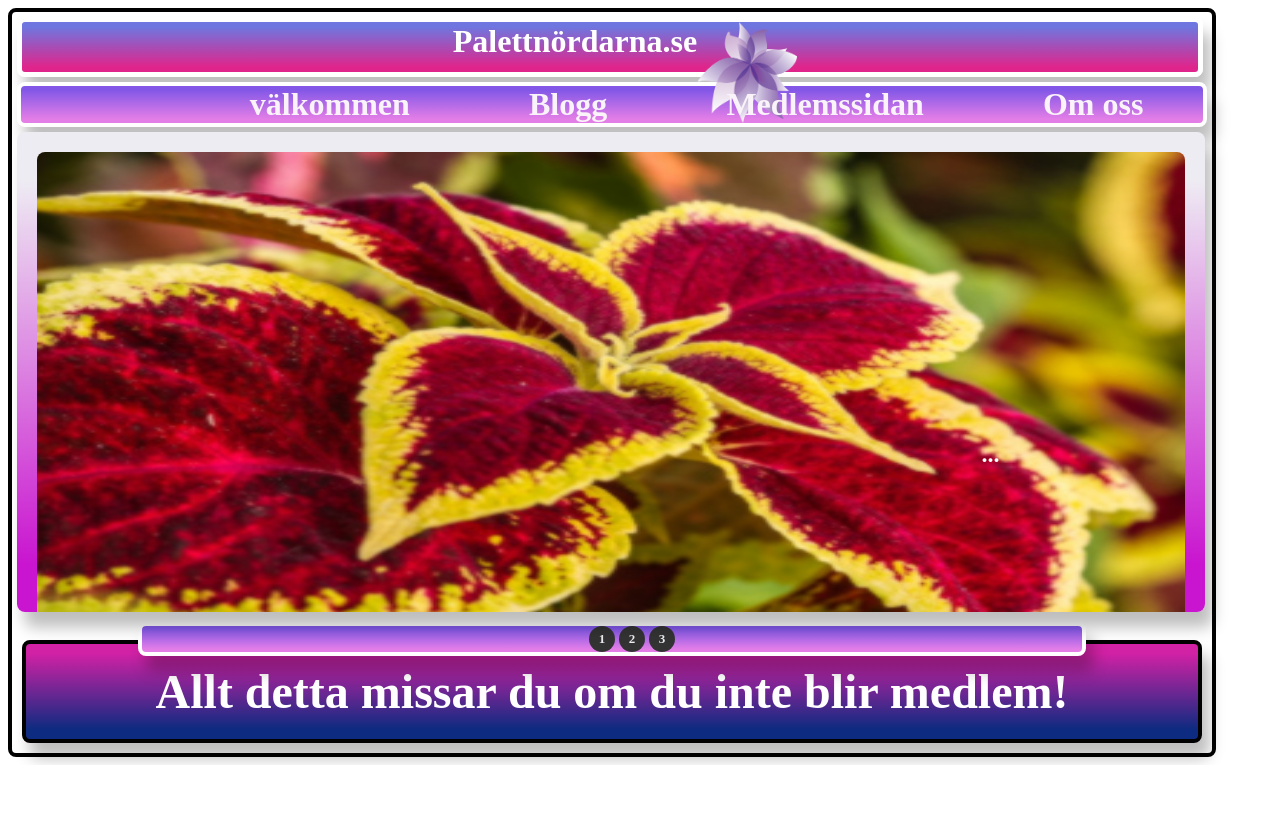
Repository: Webutveckling-20-21/lektion-3-CSS
Page: valkommen.html
An editor plug-in stored every save of this project. The page is shown before and after the next save, followed by the edit.
The browser window is 1280 px wide. The pictures show the whole page.
Some web fonts or font styles are not loaded; a fallback is used.

Above is the page before, as saved 2021-10-14 16:08:45.

### valkommen.html
<!DOCTYPE html>
<html lang="en">
<head>
    <meta charset="UTF-8">
    <meta http-equiv="X-UA-Compatible" content="IE=edge">
    <meta name="viewport" content="width=device-width, initial-scale=1.0">
    <link rel="stylesheet" href="style5.css">
    <title>Välkommen palettnördarna</title>
</head>
<body>
   <div class="header">

      <h1>Palettnördarna.se</h1>
      <div class="logo">
          <img src="images/logga1.svg" alt="logga" class="logo-img">
      </div>

  </div>

  <ul class="navbar">

      <li class="nav-list">
        <li>
        <a href="valkommen.html"> välkommen</a></li>
        <li>
          <a href="blogg.html">Blogg</a>
      </li>
      <li><a href="medlemssidan.html">Medlemssidan</a></li>
      <li><a href="om oss.html">Om oss</a></li>

  </ul>
  <div class="slider-wrapper">
   <div class="slider">
     <input type="radio" name="slider" class="trigger" id="one" checked="checked" />
     <div class="slide">
       <figure class="slide-figure">
         <img class="slide-img" src="images/col2bild1.jpg" />
         <figcaption class="slide-caption"><p>...</p></figcaption>
       </figure><!-- .slide-figure -->
     </div><!-- .slide -->
     <input type="radio" name="slider" class="trigger" id="two" />
     <div class="slide">
       <figure class="slide-figure">
         <img class="slide-img" src="images/col11bild2.jpg" />
         <figcaption class="slide-caption"><p>...</p></figcaption>
       </figure><!-- .slide-figure -->
     </div><!-- .slide -->
     <input type="radio" name="slider" class="trigger" id="three" />
     <div class="slide">
       <figure class="slide-figure">
         <img class="slide-img" src="images/col6bild3.jpg" />
         <figcaption class="slide-caption"><p>...</p></figcaption>
       </figure><!-- .slide-figure -->
     </div><!-- .slide -->
   </div><!-- .slider -->
   <div class="slider-counter">
   <ul class="slider-nav">
     <li class="slider-nav__item"><label class="slider-nav__label" for="one">1</label></li>
     <li class="slider-nav__item"><label class="slider-nav__label" for="two">2</label></li>
     <li class="slider-nav__item"><label class="slider-nav__label" for="three">3</label></li>
   </ul>

  </div>



 </div>
 <br>
     <footer class="footer-place"> Allt detta missar du om du inte blir medlem!</footer>

</body>
</html>

### style5.css
@import url('https://fonts.googleapis.com/css2?family=Grechen+Fuemen&display=swap');
@import url('https://fonts.googleapis.com/css2?family=Roboto&display=swap');
@import url('https://fonts.googleapis.com/css2?family=Merriweather:wght@700&display=swap');

body {
    font-family: 'Grechen Fuemen', cursive;
    font-weight: bolder;
    border: 4px solid black;
    border-radius: 8px;
    max-width: 1200px;
}

.header {
    display: flex;
    width: 98%;
    height: 50px;
    border: 5px solid white;
    background: linear-gradient(to bottom, #6f76df 10%, #df258b 90%);
    box-shadow: 7.6px 15.2px 15.2px hsl(0deg 0% 0% / 0.26);
    border-radius: 8px;
    justify-content: center;
    margin: 5px;
}

.header h1 {
    margin-top: 1px;
    flex-wrap: wrap;
    font-size:2rem;
    color:white;
    margin-left: 50px;
    z-index: 2;

}

.logo-img {
    border: 0px;
    max-width: 100px;
        margin-right: 20px;

}

.navbar {
   width: auto;
   height: auto;
   display: flex;
   align-items: center;
   justify-content: space-around;
   background-color: #eed9f8;
   margin: 5px;
   border-radius: 8px;
   flex-wrap: wrap;
}

ul {
   list-style-type: none;
   flex-wrap: wrap;
   margin-left: 5;
   margin-right: 5;
   padding: 10;
   width: 90%;
   height: auto;
   overflow: hidden;
   border: 4px solid white;
   background: linear-gradient(to bottom, #8257e7 10%, #e47ee7 90%);
   box-shadow: 7.6px 15.2px 15.2px hsl(0deg 0% 0% / 0.26);
}

.nav-list {
   margin: 5px;
   flex-wrap: wrap;
}

a {
   text-decoration: none;
   font-size: 2rem;
   color: rgb(250, 244, 250);
}

a:hover {
   color: rgb(100, 59, 212);
}



/*img>.slide-img{

   height: 100%;
   width: auto;
   height: auto;
   box-shadow: 7.6px 15.2px 15.2px hsl(0deg 0% 0% / 0.26);
   padding:10px;
}*/
img .slide-image{
   max-width: 95%;
   max-height: auto;
   vertical-align: middle;
   border: radius 20px;
   margin-bottom: 5px;

 }

 .trigger {
   display: none;
 }

 .slider, .slider-wrapper {
   position: relative;
   height: 250px;
 }

 .slide {
  background: linear-gradient(to bottom, #eeecf3 10%, #c915cf 90%);
  box-shadow: 7.6px 15.2px 15.2px hsl(0deg 0% 0% / 0.26);
   width: 99%;
   overflow: hidden;
   position: absolute;
   height: 100%;
   left: 0;
   top: 0;
   z-index: 5000;
   opacity: 0;
   transition: opacity .5s ease-in-out;
   border-radius: 8px;
   margin-left:5px;

 }

 .slide-img {
   filter: brightness(100%);
   object-fit: fill;
   display: block;
   margin:  0  auto;
   border-radius: 8px;


 }
 .slider-counter {
   display:flex;
   justify-content:center;
  margin-top: 5px;

 }

 .slide-figure {
   display:flex;
   justify-content:center;
   height: 100%;
   position: relative;
   margin: 10px;
   padding: 10px;


 }

 .slide-caption {
   position: absolute;
   bottom: 30%;
   width: calc(100% - 1rem);
   color: white;
   text-align: center;
   left: 50%;
 }

 .trigger:checked + .slide {
   z-index: 6000;
   opacity: 1;
 }

 .slider-nav {
   width: 75%;
   text-align: center;
   margin: 1rem 0;
   margin:5px;
   border-radius:8px;
 }

 .slider-nav__item {
   display: inline-block;
 }

 .slider-nav__label {

   font-size: 13px;
   background-color: #333;
   display: block;
   height: 2em;
   line-height: 2em;
   width: 2em;
   text-align: center;
   border-radius: 50%;
   color: rgb(235, 237, 241);
   cursor: pointer;
   transition: background-color .25s, color .25s ease-in-out;

 }

 .slider-nav__label:hover,
 .slider-nav__label:active,
 .slider-nav__label:focus {
   background-color: rgb(218, 20, 125);
   color: black;
 }

.footer-place {
    padding: 20px;
    margin: 10px;
    border: 4px solid black;
    background: linear-gradient(180deg, #d121a5 10%, #0d2b80 90%);
    box-shadow: 7.6px 15.2px 15.2px hsl(0deg 0% 0% / 0.26);
    border-radius: 8px;
    font-size: 3rem;
    text-align: center;
    color: white;
}

/* Portrait and Landscape */
@media only screen and (min-device-width: 320px) and (max-device-width: 480px) and (-webkit-min-device-pixel-ratio: 2) {}
@media only screen and (min-width: 1024px) {
   .slider, .slider-wrapper {
     height: 480px;
   }

   .slide-caption {
     width: 65%;
     font-size: 1.5rem;
   }
 }

 @media only screen and (max-width: 1200px) and (min-width: 768px) {
   .slider, .slider-wrapper {
     height: 360px;
   }

   .slide-caption {
     width: 75%;
     font-size: 1.25rem;
   }
 }

 @media only screen and (min-width: 768px) {
   body{
    @media (min-width: 481px) and (max-width: 1200px) {

      /* CSS */

    }
   }
   .slide-img {
     width: 100%;
     height: auto;
   }
 }

After the next save:
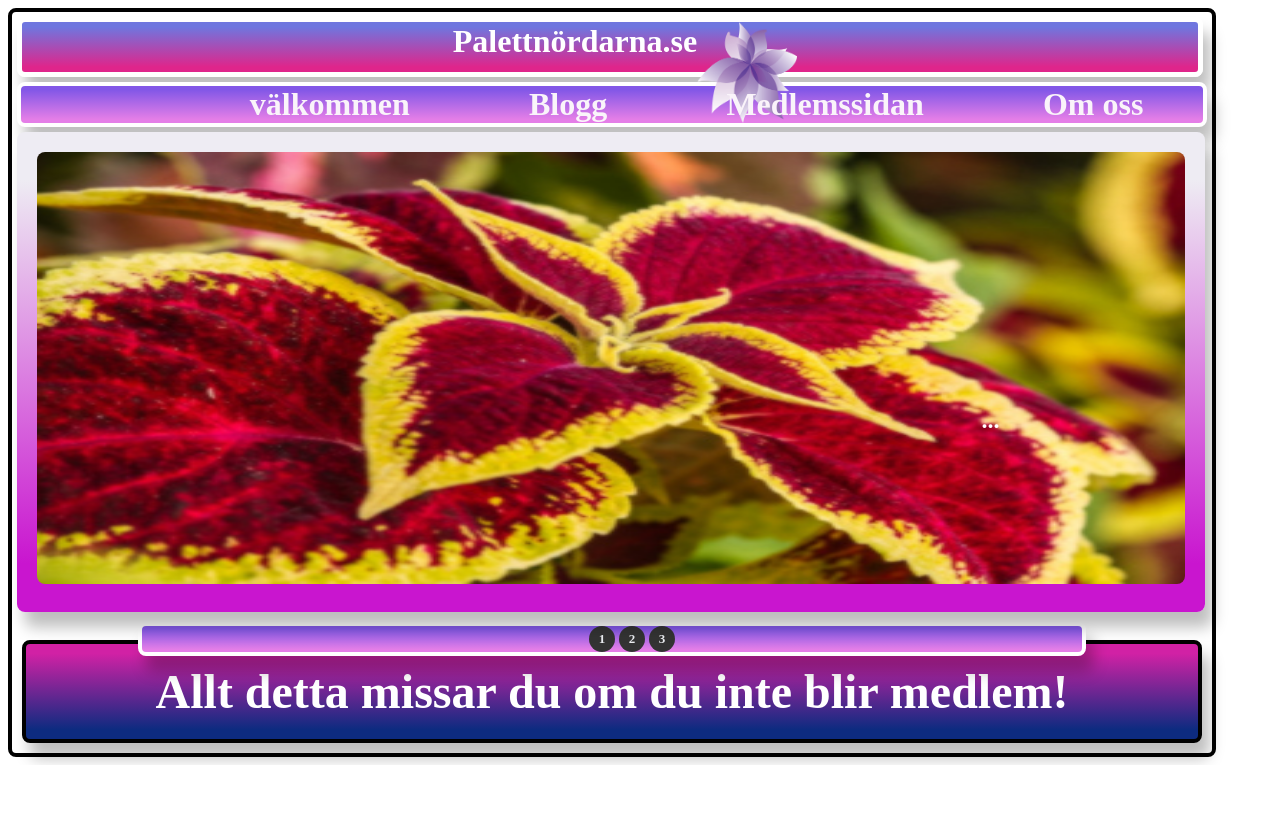
Saved 37 s later.
--- a/style5.css
+++ b/style5.css
@@ -144,7 +144,7 @@ img .slide-image{
  .slide-figure {
    display:flex;
    justify-content:center;
-   height: 100%;
+   height: 90%;
    position: relative;
    margin: 10px;
    padding: 10px;
